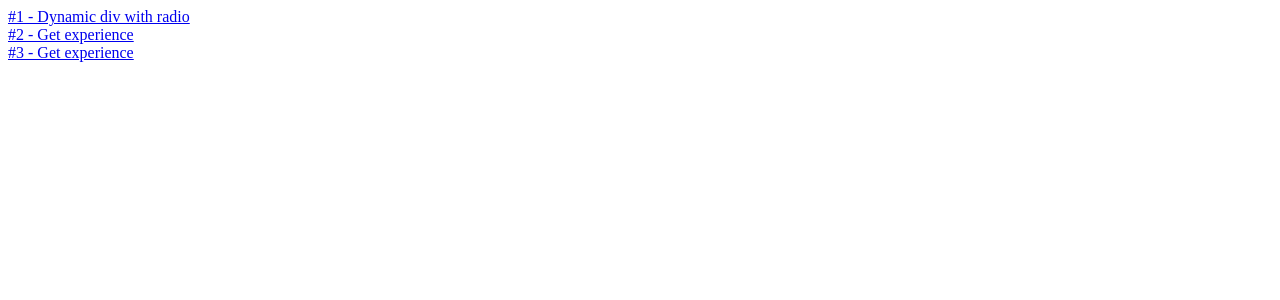
Repository: edsonjuniornarvaes/events-utils
Page: index.html
These files come from the project's save history. The page is drawn as it stood at one moment and after the next save; the edit follows.
The browser window is 1280 px wide. The pictures show the whole page.

Above is the page before, as saved 2020-07-27 20:36:34.

After the next save:
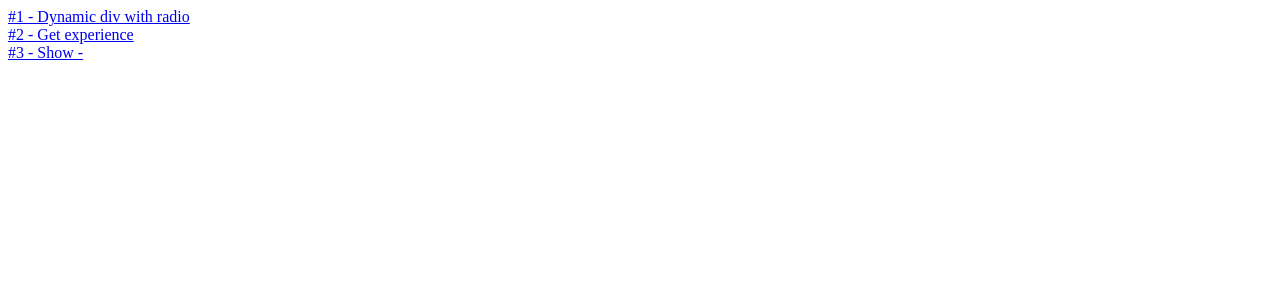
Saved 4 s later.
--- a/index.html
+++ b/index.html
@@ -11,7 +11,7 @@
         <a href="resources/views/get-experience/get-experience.page.html">#2 - Get experience</a>
     </div>
     <div class="row">
-        <a href="resources/views/get-experience/get-experience.page.html">#3 - Get experience</a>
+        <a href="resources/views/get-experience/get-experience.page.html">#3 - Show - </a>
     </div>
 </head>
 <body>
